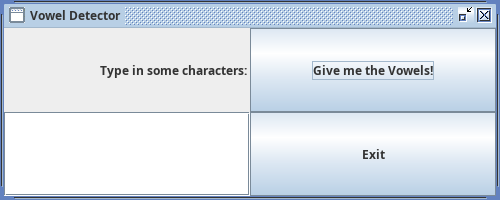
Repository: armandodollia/Java101
Program's window: java Lab5/src/isVowel.java
An editor plug-in stored every save of this project. The program's window is shown before and after the next save, followed by the edit.
It runs on Java 21 on a 1366 x 768 screen with the Metal look.

Above is the program's window before, as saved 2014-10-01 17:57:22.

### Lab5/src/isVowel.java
import java.awt.Container;
import java.awt.GridLayout;

import javax.swing.JButton;
import javax.swing.JFrame;
import javax.swing.JLabel;
import javax.swing.JTextField;
import javax.swing.SwingConstants;


public class isVowel extends JFrame{
	private JLabel character;
	private JTextField charInput;
	private JButton finder, exit;
	private static final int width = 500;
	private static final int height = 200;

	public isVowel(){
		setTitle("Vowel Detector");
		Container pane = getContentPane();
		pane.setLayout(new GridLayout(2, 2));
		character = new JLabel("Type in some characters: ", SwingConstants.RIGHT);
		charInput = new JTextField(10);
		finder = new JButton("Give me the Vowels!");
		exit = new JButton("Exit");

		pane.add(character);
		pane.add(finder);
		pane.add(charInput);
		pane.add(exit);

		setSize(width,height);
		setVisible(true);
		setDefaultCloseOperation(EXIT_ON_CLOSE);
	}

	public static void main(String[] args) {

		isVowel window = new isVowel();


	}

}

After the next save:
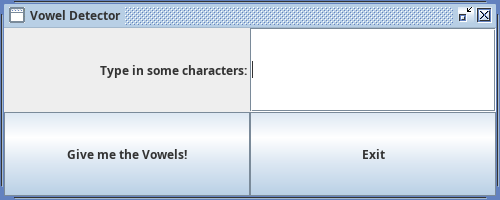
Saved 21 s later.
--- a/Lab5/src/isVowel.java
+++ b/Lab5/src/isVowel.java
@@ -25,8 +25,8 @@
 		exit = new JButton("Exit");
 
 		pane.add(character);
+		pane.add(charInput);
 		pane.add(finder);
-		pane.add(charInput);
 		pane.add(exit);
 
 		setSize(width,height);
